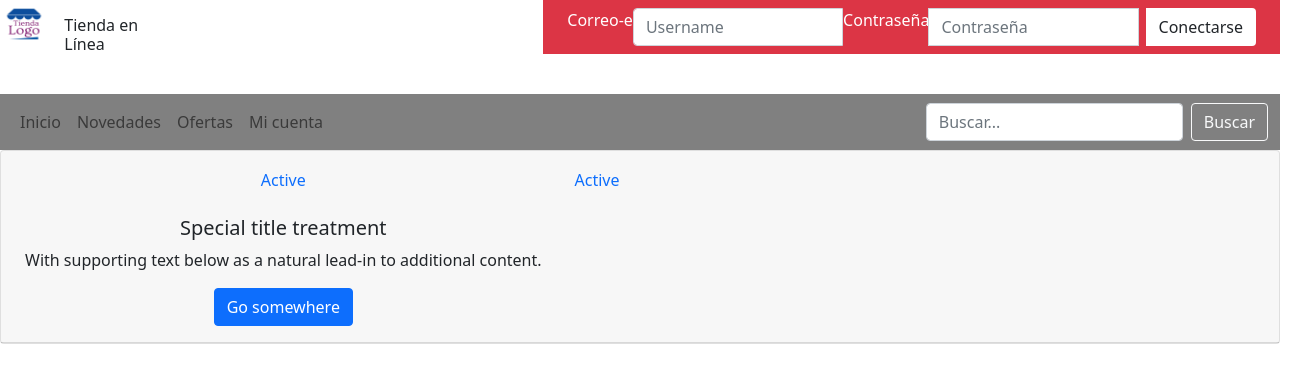
Repository: nicorp00/bootstrapSass
Page: Main/index.html
The author's editor kept a copy of each file at every save. The page is drawn from the files as they stood at one save, then again after a run of saves.
The browser window is 1280 px wide. The page is 1292 px wide, so the pictures cover 1292 px, including what lies to the right of the window. The pictures show the whole page.
The style sheet was rebuilt from its Sass, Less or Tailwind sources for each picture, by a compiler version that may differ from the author's.

Above is the page before, as saved 2022-03-25 11:26:25.

### Main/index.html
<!DOCTYPE html>
<html lang="en">
<head>
    <meta charset="UTF-8">
    <meta http-equiv="X-UA-Compatible" content="IE=edge">
    <meta name="viewport" content="width=device-width, initial-scale=1.0">
    <title>Document</title>
    <link rel="stylesheet" href="css/style.css">
    <link rel="stylesheet" href="css/bootstrap.min.css">
</head>
<body>
    <section class="section__top row">
        <div class="col-2">
            <div class="card mb-3 border-0" style="max-width: 540px;">
                <div class="row g-0">
                  <div class="col-md-3">
                    <img src="img/logo.png" class="img-fluid rounded-start" alt="...">
                  </div>
                  <div class="col-md-9">
                    <div class="card-body">
                      <h6 class="card-title">Tienda en Línea</h6>
                    </div>
                  </div>
                </div>
              </div>
        </div>
        <div class="col-3"></div>
        <div class="top-nav col-7">
            <nav class="navbar navbar-danger bg-danger">
                <form class="container-fluid">
                  <div class="input-group">
                    <!--<span class="input-group-text" id="basic-addon1">@</span>-->
                    Correo-e<input type="text" class="form-control" placeholder="Username" aria-label="Correo@" aria-describedby="basic-addon1">
                    Contraseña<input class="form-control me-2" type="search" placeholder="Contraseña" aria-label="Search">
                    <button class="btn btn-outline" type="submit">Conectarse</button>
                  </div>
                </form>
              </nav>
        </div>
    </section>

    <section class="section__nav">
        <nav class="navbar navbar-expand-lg navbar-light">
            <div class="container-fluid">
              <button class="navbar-toggler" type="button" data-bs-toggle="collapse" data-bs-target="#navbarSupportedContent" aria-controls="navbarSupportedContent" aria-expanded="false" aria-label="Toggle navigation">
                <span class="navbar-toggler-icon"></span>
              </button>
              <div class="collapse navbar-collapse" id="navbarSupportedContent">
                <ul class="navbar-nav me-auto mb-2 mb-lg-0">
                  <li class="nav-item">
                    <a class="nav-link" aria-current="page" href="#">Inicio</a>
                  </li>
                  <li class="nav-item">
                    <a class="nav-link" href="#">Novedades</a>
                  </li>
                  <li class="nav-item">
                    <a class="nav-link" href="#">Ofertas</a>
                  </li>
                  <li class="nav-item">
                    <a class="nav-link" href="#">Mi cuenta</a>
                  </li>
                </ul>
                <form class="d-flex">
                  <input class="form-control me-2" type="search" placeholder="Buscar..." aria-label="Search">
                  <button class="btn btn-outline-light" type="submit">Buscar</button>
                </form>
              </div>
            </div>
          </nav>
    </section>

    <section class="">
        <div>
            <div class="card text-center">
                <div class="card-header">
                  <ul class="nav nav-tabs card-header-tabs">
                    <li class="nav-item">
                      <a class="nav-link" aria-current="true" href="#">Active</a>
                      <div class="card-body">
                  <h5 class="card-title">Special title treatment</h5>
                  <p class="card-text">With supporting text below as a natural lead-in to additional content.</p>
                  <a href="#" class="btn btn-primary">Go somewhere</a>
                </div>
                    </li>
                    <li class="nav-item">
                        <a class="nav-link" aria-current="true" href="#">Active</a>
                      </li>
                  </ul>
                </div>

              </div>
        </div>
    </section>
    <script src="js/bootstrap.min.js"></script>
</body>
</html>

### Main/scss/style.scss
@use 'section__top';
@use 'section__nav';

### Main/scss/_section__top.scss
.section__top{
    span{
        margin-left: 20%;
    }
    form{
        color: white;
    }
    button{
        background-color: white;
    }
}

### Main/scss/_section__nav.scss
.section__nav{
    background-color: grey;

    .nav-item{
        color: white;
    }
}

Loaded but not shown: Main/css/bootstrap.min.css (library); Main/js/bootstrap.min.js (library)

After the next 2 saves:
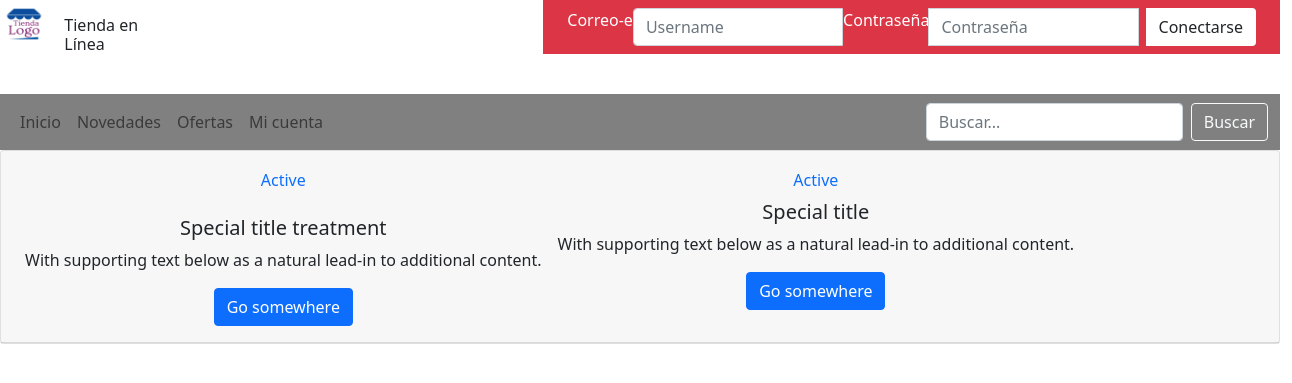
The 2 saves are shown as one change because they came seconds apart.
The last was saved 11 s later.
--- a/Main/index.html
+++ b/Main/index.html
@@ -84,6 +84,9 @@
                     </li>
                     <li class="nav-item">
                         <a class="nav-link" aria-current="true" href="#">Active</a>
+                        <h5 class="card-title">Special title</h5>
+                        <p class="card-text">With supporting text below as a natural lead-in to additional content.</p>
+                        <a href="#" class="btn btn-primary">Go somewhere</a>
                       </li>
                   </ul>
                 </div>
